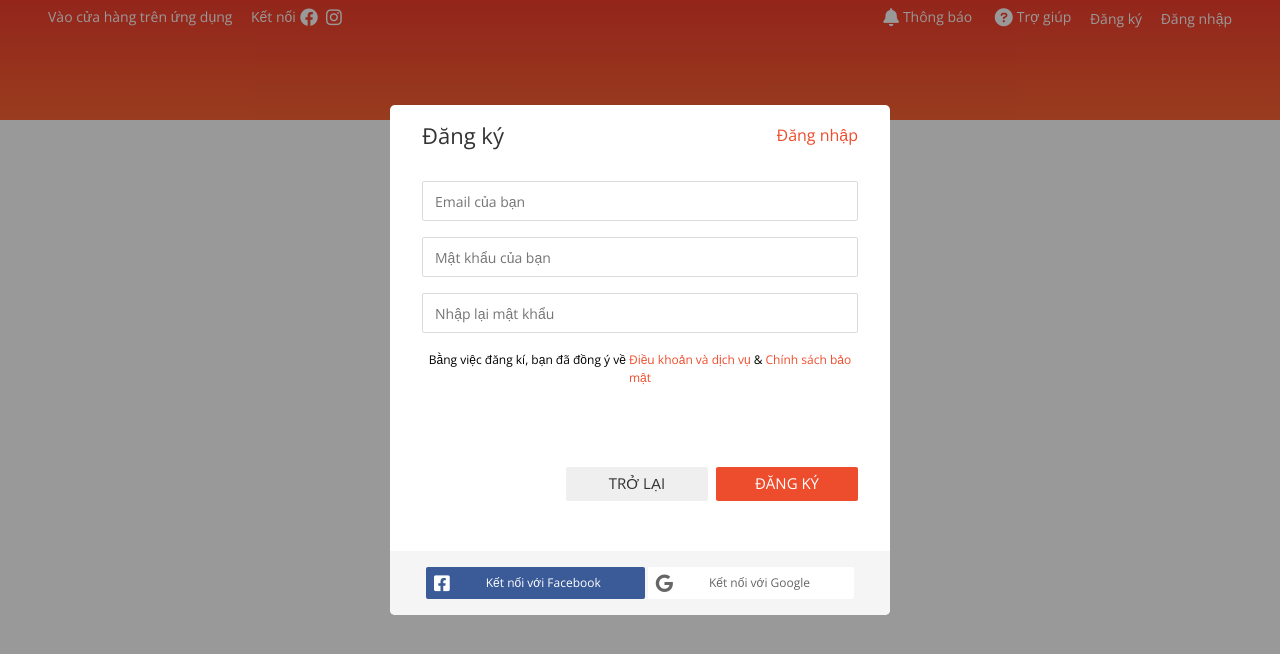
Repository: trongtamdev/Clone-Shopee-Page
Page: index.html
These files come from the project's save history. The page is drawn as it stood at one moment and after the next save; the edit follows.
The browser window is 1280 px wide. The pictures show the whole page.

Above is the page before, as saved 2022-07-08 22:24:16.

### index.html
<!DOCTYPE html>
<html lang="en">

<head>
    <meta charset="UTF-8">
    <meta http-equiv="X-UA-Compatible" content="IE=edge">
    <meta name="viewport" content="width=device-width, initial-scale=1.0">
    <title>Document</title>
    <link rel="stylesheet" href="https://cdnjs.cloudflare.com/ajax/libs/normalize/8.0.1/normalize.min.css">
    <link rel="stylesheet" href="assets/css/base.css">
    <link rel="stylesheet" href="assets/css/main.css">
    <link rel="stylesheet" href="assets/fonts/fontawesome-free-6.1.1/css/all.min.css">
    <link href="https://fonts.googleapis.com/css2?family=Open+Sans:wght@300;400;500;700&display=swap" rel="stylesheet">
</head>
    <div class="app">
        <header class="header">
            <div class="grid">
                <nav class="header__navbar">
                    <ul class="header__navbar-list">
                        <li class="header__navbar-item header__navbar-item--has-qr">
                            Vào cửa hàng trên ứng dụng
                            <div class="header__qr">
                                <img src="assets/img/qr_code.png" alt="QR code" class="header__qr-img">
                                <div class="header__qr-apps">
                                    <a href="" class="header__qr-link">
                                        <img src="assets/img/google_play.png" alt="Google play" class="header__qr-download-img">
                                    </a>
                                    <a href="" class="header__qr-link">
                                        <img src="assets/img/app_store.png" alt="App store" class="header__qr-download-img">
                                    </a>
                                </div>
                            </div>
                        </li>
                        <li class="header__navbar-item">
                            <span class="header__navbar-title--no-pointer">Kết nối</span>
                            <a href="" class="header__navbar-icon-link">
                                <i class="header__navbar-icon fa-brands fa-facebook"></i>
                            </a>
                            <a href="" class="header__navbar-icon-link">
                                <i class="header__navbar-icon fa-brands fa-instagram"></i>
                            </a>
                        </li>
                    </ul>

                    <ul class="header__navbar-list">
                        <li class="header__navbar-item">
                            <a href="" class="header__navbar-item-link">
                                <i class="header__navbar-icon fa-solid fa-bell"></i>
                                Thông báo</a>
                        </li>

                        <li class="header__navbar-item">
                            <a href="" class="header__navbar-item-link">
                                <i class="header__navbar-icon fa-solid fa-circle-question"></i>
                                Trợ giúp</a>
                        </li>

                        <li class="header__navbar-item header__navbar-item--strong">Đăng ký</li>
                        <li class="header__navbar-item header__navbar-item--strong">Đăng nhập</li>
                    </ul>
                </nav>
            </div>

        </header>

        <div class="container">

        </div>

        <footer class="footer">

        </footer>
    </div>
    <div class="modal">
        <div class="modal__overlay">

        </div>
        <div class="modal__body">

            <!-- Auth form -->
            <div class="auth-form">
                <div class="auth-form__container">
                    <div class="auth-form__header">
                        <h3 class="auth-form__heading">Đăng ký</h3>
                        <span class="auth-form__switch-btn">Đăng nhập</span>
                    </div>

                    <div class="auth-form__form">
                        <div class="auth-form__group">
                            <input type="text" class="auth-form__input" placeholder="Email của bạn">
                        </div>

                        <div class="auth-form__group">
                            <input type="password" class="auth-form__input" placeholder="Mật khẩu của bạn">
                        </div>

                        <div class="auth-form__group">
                            <input type="password" class="auth-form__input" placeholder="Nhập lại mật khẩu">
                        </div>
                    </div>

                    <div class="auth-form__aside">
                        <p class="auth-form__policy-text">
                            Bằng việc đăng kí, bạn đã đồng ý về
                            <a href="" class="auth-form__text-link">Điều khoản và dịch vụ</a> &
                            <a href="" class="auth-form__text-link">Chính sách bảo mật</a>
                        </p>
                    </div>

                    <div class="auth-form__controls">
                        <button class="btn btn--normal auth-form__controls-back">TRỞ LẠI</button>
                        <button class="btn btn--primary">ĐĂNG KÝ</button>
                    </div>
                </div>

                <div class="auth-form__socials">
                    <a href="" class="btn auth-form__socials--facebook btn--size-s btn--with-icon">
                        <i class="auth-form__socials-icon fa-brands fa-facebook-square"></i>
                        <span class="auth-form__socials-title">
                            Kết nối với Facebook
                        </span>
                    </a>

                    <a href="" class="btn auth-form__socials--google btn--size-s btn--with-icon">
                        <i class="auth-form__socials-icon fa-brands fa-google"></i>
                        <span class="auth-form__socials-title">
                        Kết nối với Google
                        </span>
                    </a>
                </div>
            </div>
        </div>
    </div>
<body>

</body>

</html>

### assets/css/base.css
:root {
    --white-color :#fff;
    --back-color :#000;
    --text-color : #333;
    --primary-color: #EE4D2D;
    --border-color: #dbdbdb;
}

*{
    box-sizing: inherit;
}

html {
    font-size: 62.5%;
    line-height: 1.6rem;
    font-family: 'Open Sans', sans-serif;;
    box-sizing: border-box;
}

.grid {
    width: 1200px;
    max-width: 100%;
    margin: 0 auto;
}

.grid__full-width {
    width: 100%;
}

.grid__row {
    display: flex;
    flex-wrap: wrap
}

/* Animation */
@keyframes fadeIn {
    from {
        opacity: 0;
    }to {
        opacity: 1;
    }
}

/* Modal */

.modal {
    position: fixed;
    top: 0;
    right: 0;
    bottom: 0;
    left: 0;
    display: flex;
}

.modal__overlay {
    position: absolute;
    width: 100%;
    height: 100%;
    background-color: rgba(0, 0, 0, 0.4);
}

.modal__body {
    margin: auto;
    position: relative;
    z-index: 1;
}

/* Button Style */
.btn {
    min-width: 142px;
    height: 34px;
    text-decoration: none;
    border: none;
    border-radius: 2px;
    font-size: 1.5rem;
    padding: 0 12px;
    outline: none;
    cursor: pointer;
    color: var(--text-color);
    display: flex;
    align-items: center;
    justify-content: center;
}

.btn.btn--normal:hover {
    background-color: rgba(0, 0, 0, 0.2);
}

.btn.btn--size-s {
    height: 32px;
    font-size: 12px;
    padding: 0 8px;
}


.btn.btn--primary {
    color: var(--white-color);
    background-color: var(--primary-color);
}

.btn.btn--disabled {
    color: #949494;
    cursor: default;
    background-color: #c3c3c3;
}

### assets/css/main.css
.header {
    height: 120px;
    background-image: linear-gradient(0, #fe6433, #f53e2d);
}

.header__navbar {
    display: flex;
    justify-content: space-between;
}

.header__navbar-list {
    list-style: none;
    padding: 0;
    margin-top: 4px;
}

.header__navbar-item {
    margin: 0 8px;
    position: relative;
    min-height: 26px;
}

.header__navbar-item--has-qr:hover .header__qr {
    display: block;
}

.header__navbar-item,
.header__navbar-item-link{
    display: inline-block;
    font-size: 1.4rem;
    color :var(--white-color);
    text-decoration: none;
    font-weight: 300;
}

.header__navbar-item,
.header__navbar-item-link,
.header__navbar-icon-link {
    display: inline-flex;
    align-items: center;
}

.header__navbar-item:hover,
.header__navbar-item-link:hover,
.header__navbar-icon-link:hover{
    cursor: pointer;
    color: rgba(255, 255, 255, 0.7);
}

.header__navbar-item--strong {
    font-weight: 400;
}


.header__navbar-icon-link {
    color: var(--white-color);
    text-decoration: none;
}

.header__navbar-icon {
    font-size: 1.8rem;
    margin: 0 4px;
}

.header__navbar-title--no-pointer {
    color: var(--white-color);
    cursor: text;
}

/* Header QR code */

.header__qr {
    width: 186px;
    background-color: var(--white-color);
    position: absolute;
    left: 0;
    top: 118%;
    padding: 8px;
    border-radius: 2px;
    display: none;
    animation: fadeIn ease-in 0.5s;
}

.header__qr::before {
    position: absolute;
    left: 0;
    top: -16px;
    width: 100%;
    height: 20px;
    content: "";
    display: block;
}

.header__qr-img {
    width: 100%;
}

.header__qr-apps {
    display: flex;
}

.header__qr-link:nth-child(1) {
    margin-left: 11px;
}

.header__qr-link:nth-child(2) {
    margin-right: 11px;
}

.header__qr-download-img {
    height: 18px;
}


/* Authen Modal */

.auth-form {
    width: 500px;
    background-color: var(--white-color);
    border-radius: 5px;
    overflow: hidden;
}


.auth-form__container {
    padding: 0 32px;
}

.auth-form__header {
    display: flex;
    align-items: center;
    justify-content: space-between;
}

.auth-form__heading {
    font-size: 2.2rem;
    font-weight: 400;
    color: var(--text-color);
}

.auth-form__switch-btn {
    font-size: 1.6rem;
    font-weight: 400;
    color: var(--primary-color);
    cursor: pointer;
}

.auth-form__form {

}

.auth-form__input {
    width: 100%;
    height: 40px;
    margin-top: 16px;
    padding: 0 12px;
    font-size: 1.4rem;
    border: 1px solid var(--border-color);
    border-radius: 2px;
    outline: none;
}

.auth-form__input:focus {
    border-color: #777;
}

.auth-form__aside {
    margin-top: 18px;
}

.auth-form__policy-text {
    font-size: 1.2rem;
    line-height: 1.8rem;
    text-align: center;
    padding: 0 12pxs;
}

.auth-form__text-link {
    text-decoration: none;
    color: var(--primary-color);
}

.auth-form__controls {
    display: flex;
    justify-content: flex-end;
    margin-top: 80px;
}

.auth-form__controls-back {
    margin-right: 8px;
}

.auth-form__socials {
    background-color: #f5f5f5;
    padding: 16px 36px;
    display: flex;
    justify-content: space-between;
    margin-top: 50px;
}

.auth-form__socials-icon {
    font-size: 1.8rem;

}

.auth-form__socials--facebook {
    color: var(--white-color);
    background-color: #3A5A98;
}

.auth-form__socials--facebook
.auth-form__socials-icon {
    color: var(--white-color);
}

.auth-form__socials-title {
    margin: 0 36px;
}

.auth-form__socials--google {
    background-color: var(--white-color);
    color: #666;
}

Loaded but not shown: assets/fonts/fontawesome-free-6.1.1/css/all.min.css (library)

After the next save:
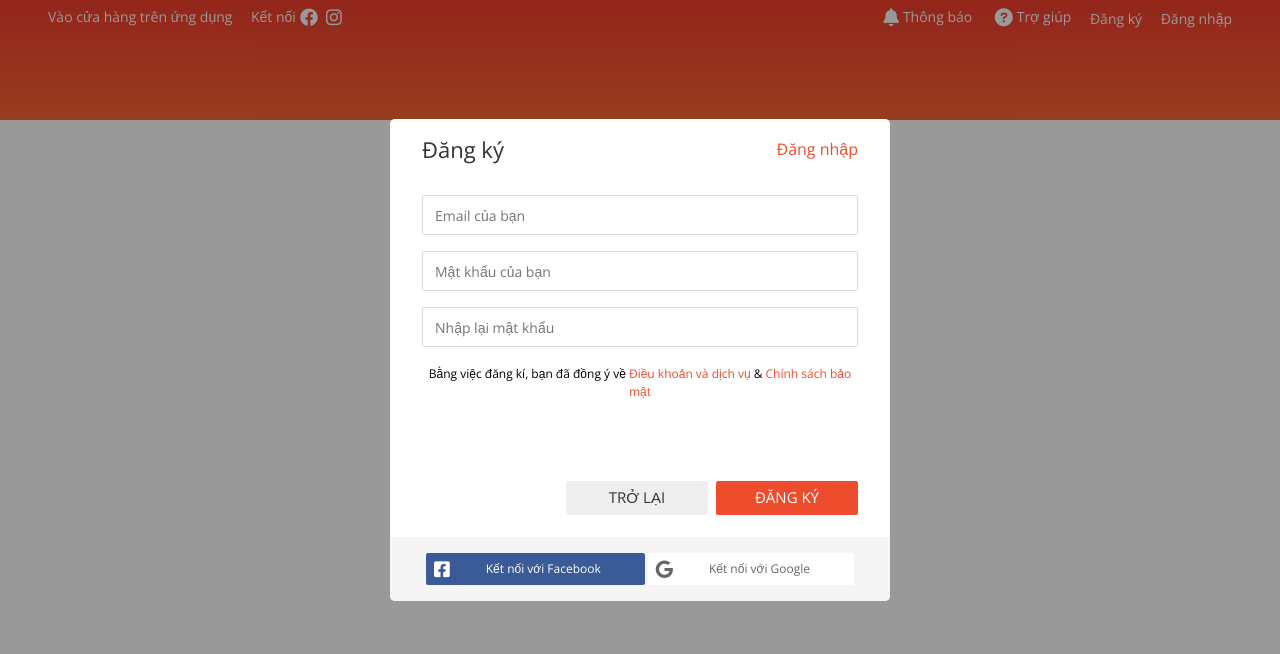
Saved 4 s later.
--- a/assets/css/main.css
+++ b/assets/css/main.css
@@ -195,7 +195,7 @@
     padding: 16px 36px;
     display: flex;
     justify-content: space-between;
-    margin-top: 50px;
+    margin-top: 22px;
 }
 
 .auth-form__socials-icon {
